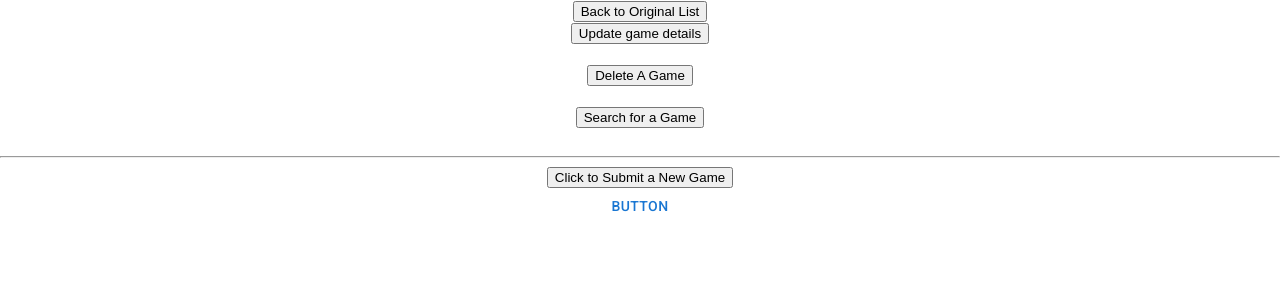
Repository: The-Software-Guild/assessment-2-react-nj10deadend
Page: / (app in Part-2/React-section/frontend/)
These files come from the project's save history. The page is drawn as it stood at one moment and after the next save; the edit follows.
The browser window is 1280 px wide. The pictures show the whole page.
The project was rebuilt for these pictures with package versions that can differ from the ones it lists, and the page was loaded fresh each time. Also part of the build but not shown: Part-2/React-section/frontend/src/components/GameCards.js.

Above is the page before, as saved 2021-12-19 15:47:09.

### Part-2/React-section/frontend/public/index.html
<!DOCTYPE html>
<html lang="en">
  <head>
    <meta charset="utf-8" />
    <link rel="icon" href="%PUBLIC_URL%/favicon.ico" />
    <meta name="viewport" content="width=device-width, initial-scale=1" />
    <meta name="theme-color" content="#000000" />
    <meta name="viewport" content="initial-scale=1, width=device-width" />
    <meta
      name="description"
      content="Web site created using create-react-app"
    />
    <link rel="apple-touch-icon" href="%PUBLIC_URL%/logo192.png" />
    <!--
      manifest.json provides metadata used when your web app is installed on a
      user's mobile device or desktop. See https://developers.google.com/web/fundamentals/web-app-manifest/
    -->
    <link rel="manifest" href="%PUBLIC_URL%/manifest.json" />
    <!--
      Notice the use of %PUBLIC_URL% in the tags above.
      It will be replaced with the URL of the `public` folder during the build.
      Only files inside the `public` folder can be referenced from the HTML.

      Unlike "/favicon.ico" or "favicon.ico", "%PUBLIC_URL%/favicon.ico" will
      work correctly both with client-side routing and a non-root public URL.
      Learn how to configure a non-root public URL by running `npm run build`.
    -->
    <link
      rel="stylesheet"
      href="https://fonts.googleapis.com/css?family=Roboto:300,400,500,700&display=swap"
    />
    <title>React App</title>
  </head>
  <body>
    <noscript>You need to enable JavaScript to run this app.</noscript>
    <div id="root"></div>
    <!--
      This HTML file is a template.
      If you open it directly in the browser, you will see an empty page.

      You can add webfonts, meta tags, or analytics to this file.
      The build step will place the bundled scripts into the <body> tag.

      To begin the development, run `npm start` or `yarn start`.
      To create a production bundle, use `npm run build` or `yarn build`.
    -->
  </body>
</html>

### Part-2/React-section/frontend/src/index.css
body {
  margin: 0;
  font-family: -apple-system, BlinkMacSystemFont, 'Segoe UI', 'Roboto', 'Oxygen',
    'Ubuntu', 'Cantarell', 'Fira Sans', 'Droid Sans', 'Helvetica Neue',
    sans-serif;
  -webkit-font-smoothing: antialiased;
  -moz-osx-font-smoothing: grayscale;
}

code {
  font-family: source-code-pro, Menlo, Monaco, Consolas, 'Courier New',
    monospace;
}

.imgs {
  height: 250px;
  width: 250px;
}

### Part-2/React-section/frontend/src/App.js
import './App.css';
import Home from './components/Home';
import AddGameForm from './components/AddGameForm';
import GameSearch from './components/GameSearch';
import UpdateGame from './components/UpdateGame';
import DeleteGame from './components/DeleteGame';
import axios from 'axios';
import {useState, useEffect} from 'react';

// import {Container} from '@mui/material';
import Button from '@mui/material/Button';
// import Button from '@mui/material/Button';
// import Typography from '@mui/material/Typography';

function App() {

  const [gameData, setGameData] = useState([]);

  function getFetchGameServer () {
    axios.get(`http://localhost:8080/allGames`)
      .then(res => {
        setGameData(res.data)
      })

  }

  // useEffect(getFetchGameServer, []);

  return (
    <div className="App">
      <button onClick={getFetchGameServer}>Back to Original List</button>
      <UpdateGame getFetchGameServer={getFetchGameServer}/>
      <br></br>
      <DeleteGame getFetchGameServer={getFetchGameServer} />
      <br></br>
      <GameSearch setGameData={setGameData}/>
      <br></br>
      <hr></hr>
      <AddGameForm setGameData={setGameData}/>

      {/* <Container maxWidth="sm"> */}
        <Home gameData={gameData}/>

      {/* </Container> */}
      <Button>Button</Button>
      {/* <Typography variant="h3" component="div" gutterBottom>
        Here are some projects that I've made
      </Typography> */}

    </div>

  );
}

export default App;

### Part-2/React-section/frontend/src/components/Home.js
import GameCards from "./GameCards";


function Home ({gameData}) {

    const renderGameData = gameData.map(eachGame => {
        // console.log(eachGame._id);
        return (
            <GameCards key={eachGame._id} eachGame={eachGame} />
        )
    })
    return (
        <div>
            {renderGameData}

        </div>
    )
}

export default Home;

### Part-2/React-section/frontend/src/components/AddGameForm.js
import {useState, useEffect} from 'react';
import axios from 'axios';

function AddGameForm ({setGameData}) {

    const [clicked, setClicked] = useState(false);
    const [submitted, setSubmitted] = useState(false);
    const [name, setName] = useState("");
    const [img, setImg] = useState("");
    const [crossPlatform, setCrossPlatform] = useState(false);
    const [price, setPrice] = useState(0);
    const [genres, setGenres] = useState(["", "", ""]);
    const buttonText = clicked ? "Hide Submission Form" : "Click to Submit a New Game"

    function postRequest() {
        return axios.post('http://localhost:8080/allGames', {
            name: name,
            img: img,
            cross_platform: crossPlatform,
            price: price,
            genres: genres
        })
        .then(function (response) {
            console.log(response);
            return response.data;
        })
        .catch(function (error) {
            console.log(error);
            return null;
        });
    }

    async function onSubmit(event) {
        event.preventDefault();
        setName("");
        setImg("");
        setCrossPlatform("");
        setPrice("");
        setGenres(["", "", ""]);
        const newGame = await postRequest();
        console.log(newGame);
        setGameData((oldInfo)=> {
            console.log(oldInfo)
            return [...oldInfo, newGame]
        })
    }

    return (
        <div>
            <button onClick={() => {setClicked(!clicked)}}>{buttonText}</button>
            {clicked && (
                <form onSubmit={onSubmit}>
                    <div>
                        <label for="name">Name</label>
                        <br></br>
                        <input type="text" name="name" placeholder="Enter name" id="name"
                        value={name} onChange={(event) => {setName(event.target.value)}}/>
                    </div>
                    <div>
                        <label for="img">Image Url</label>
                        <br></br>
                        <input type="text" name="img" placeholder="Enter image URL" id="img"
                        value={img} onChange={(event) => {setImg(event.target.value)}}/>
                    </div>
                    <div>
                        <label for="cross platform">Cross Platform</label>
                        <br></br>
                        <input type="text" name="cross platform" placeholder="Enter true or false" id="cross_platform"
                        value={crossPlatform} onChange={(event) => {setCrossPlatform(event.target.value)}}/>
                    </div>
                    <div>
                        <label for="price">Price</label>
                        <br></br>
                        <input type="text" name="price" placeholder="Enter price of game" id="price"
                        value={price} onChange={(event) => {setPrice(event.target.value)}} />
                    </div>
                    <div>
                        <label for="genres">Genres</label>
                        <br></br>
                        <input type="text" name="genre1" placeholder="Enter first genre category" id="genre1"
                        value={genres[0]} onChange={(event) => {setGenres([event.target.value, genres[1], genres[2]])}}/>
                        <br></br>
                        <input type="text" name="genre2" placeholder="Enter second genre category" id="genre2"
                        value={genres[1]} onChange={(event) => {setGenres([genres[0], event.target.value, genres[2] ])}}/>
                        <br></br>
                        <input type="text" name="genre3" placeholder="Enter third genre category" id="genre3"
                        value={genres[2]} onChange={(event) => {setGenres([genres[0], genres[1], event.target.value])}}/>
                    </div>
                    <input type="submit" value="Submit"/>

                </form>
            )}


        </div>
    )
}

export default AddGameForm;

### Part-2/React-section/frontend/src/components/GameSearch.js
import {useState} from 'react';
import axios from 'axios';

function GameSearch ({setGameData}) {

    const [searchId, setSearchId] = useState("");
    const [clicked, setClicked] = useState(false);

    const searchGameText = clicked ? "Hide Search Form" : "Search for a Game"

    function getFetchOneGame () {
        axios.get(`http://localhost:8080/allGames/${searchId}`)
          .then(res => {
            setGameData([res.data])
        })

    }

    function onSearch(event) {
        event.preventDefault()
        setSearchId("");
        getFetchOneGame();
    }

    return (
        <div>
            <button onClick={() => {setClicked(!clicked)}}>{searchGameText}</button>
            {clicked && (
                <form onSubmit={onSearch}>
                    <input type="text" placeholder="Search for game by id..."
                    onChange={(event) => {setSearchId(event.target.value)}}
                    value = {searchId}
                    />
                    <input type="submit" value="Submit" />
                </form>
            )}
        </div>
    )
}

export default GameSearch;

### Part-2/React-section/frontend/src/components/UpdateGame.js
import {useState} from 'react';
import axios from 'axios';

function UpdateGame ({getFetchGameServer}) {
    const [name, setName] = useState("");
    const [img, setImg] = useState("");
    const [crossPlatform, setCrossPlatform] = useState("");
    const [price, setPrice] = useState("");
    const [genres, setGenres] = useState(["", "", ""]);

    const [clicked, setClicked] = useState(false);
    const [searchId, setSearchId] = useState("");

    const updateButtonText = clicked ? "Hide Update Form" : "Update game details"

    async function patchRequest () {
        await axios.patch(`http://localhost:8080/allGames/update/${searchId}`,  {
            name: name,
            img: img,
            cross_platform: crossPlatform,
            price: price,
            genres: genres
        })
    }

    async function updateChanges (event) {
        event.preventDefault();
        await patchRequest();
        getFetchGameServer();
        setSearchId("");
        setName("");
        setImg("");
        setCrossPlatform("");
        setPrice("");
    }
    return (
        <div>
            <button onClick={() => {setClicked(!clicked)}}>{updateButtonText}</button>
                {clicked && (
                    <div>
                        <form onSubmit={updateChanges}>
                            <div>
                                <h2>Enter Game ID</h2>
                                <label for="game-id">Game ID</label>
                                <br></br>
                                <input name="game-id" type="text" placeholder="Enter Game ID"
                                onChange={(event) => {setSearchId(event.target.value)}}
                                value = {searchId}
                                />
                            </div>
                            <div>
                                <label for="name">Name</label>
                                <br></br>
                                <input type="text" name="name" placeholder="Enter name" id="name"
                                value={name} onChange={(event) => {setName(event.target.value)}}/>
                            </div>
                            <div>
                                <label for="img">Image Url</label>
                                <br></br>
                                <input type="text" name="img" placeholder="Enter image URL" id="img"
                                value={img} onChange={(event) => {setImg(event.target.value)}}/>
                            </div>
                            <div>
                                <label for="cross platform">Cross Platform</label>
                                <br></br>
                                <input type="text" name="cross platform" placeholder="Enter true or false" id="cross_platform"
                                value={crossPlatform} onChange={(event) => {setCrossPlatform(event.target.value)}}/>
                            </div>
                            <div>
                                <label for="price">Price</label>
                                <br></br>
                                <input type="text" name="price" placeholder="Enter price of game" id="price"
                                value={price} onChange={(event) => {setPrice(event.target.value)}} />
                            </div>
                            <div>
                                <label for="genres">Genres</label>
                                <br></br>
                                <input type="text" name="genre1" placeholder="Enter first genre category" id="genre1"
                                value={genres[0]} onChange={(event) => {setGenres([event.target.value, genres[1], genres[2]])}}/>
                                <br></br>
                                <input type="text" name="genre2" placeholder="Enter second genre category" id="genre2"
                                value={genres[1]} onChange={(event) => {setGenres([genres[0], event.target.value, genres[2] ])}}/>
                                <br></br>
                                <input type="text" name="genre3" placeholder="Enter third genre category" id="genre3"
                                value={genres[2]} onChange={(event) => {setGenres([genres[0], genres[1], event.target.value])}}/>
                            </div>
                            <input type="submit" value="Submit Changes"/>

                        </form>
                    </div>
                )}


        </div>
    )
}

export default UpdateGame;

### Part-2/React-section/frontend/src/components/DeleteGame.js
import axios from 'axios';
import {useState} from 'react';

function DeleteGame ({getFetchGameServer}) {

    const [searchId, setSearchId] = useState("");
    const [clicked, setClicked] = useState(false);

    const deleteText = clicked ? "Hide Delete Form" : "Delete A Game"

    async function deleteGame () {
        await axios.delete(`http://localhost:8080/allGames/delete/${searchId}`)
    }

    async function onSubmit (event) {
        event.preventDefault();
        await deleteGame();
        getFetchGameServer();

    }
    return (
        <div>
            <button onClick={() => {setClicked(!clicked)}}>{deleteText}</button>
            {clicked && (
                <form onSubmit={onSubmit}>
                    <div>
                        <input name="game-id" type="text" placeholder="Enter Game ID"
                        onChange={(event) => {setSearchId(event.target.value)}}
                        value = {searchId}
                        />
                    </div>
                    <div>
                        <input type="submit" value="Delete Game"/>
                    </div>
                </form>
            )}

        </div>
    )
}
export default DeleteGame;

Loaded but not shown: Part-2/React-section/frontend/src/index.js (common file); Part-2/React-section/frontend/src/reportWebVitals.js (common file); Part-2/React-section/frontend/src/App.css (common file)

After the next save:
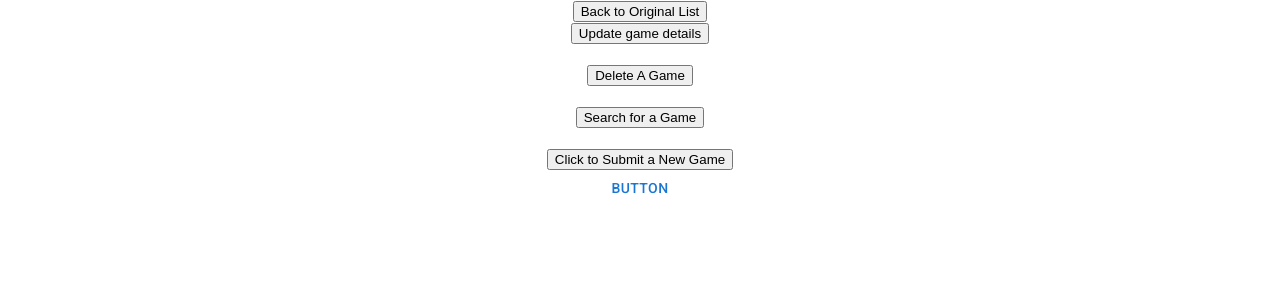
Saved 24 s later.
--- a/Part-2/React-section/frontend/src/App.js
+++ b/Part-2/React-section/frontend/src/App.js
@@ -35,7 +35,6 @@ function App() {
       <br></br>
       <GameSearch setGameData={setGameData}/>
       <br></br>
-      <hr></hr>
       <AddGameForm setGameData={setGameData}/>
 
       {/* <Container maxWidth="sm"> */}
